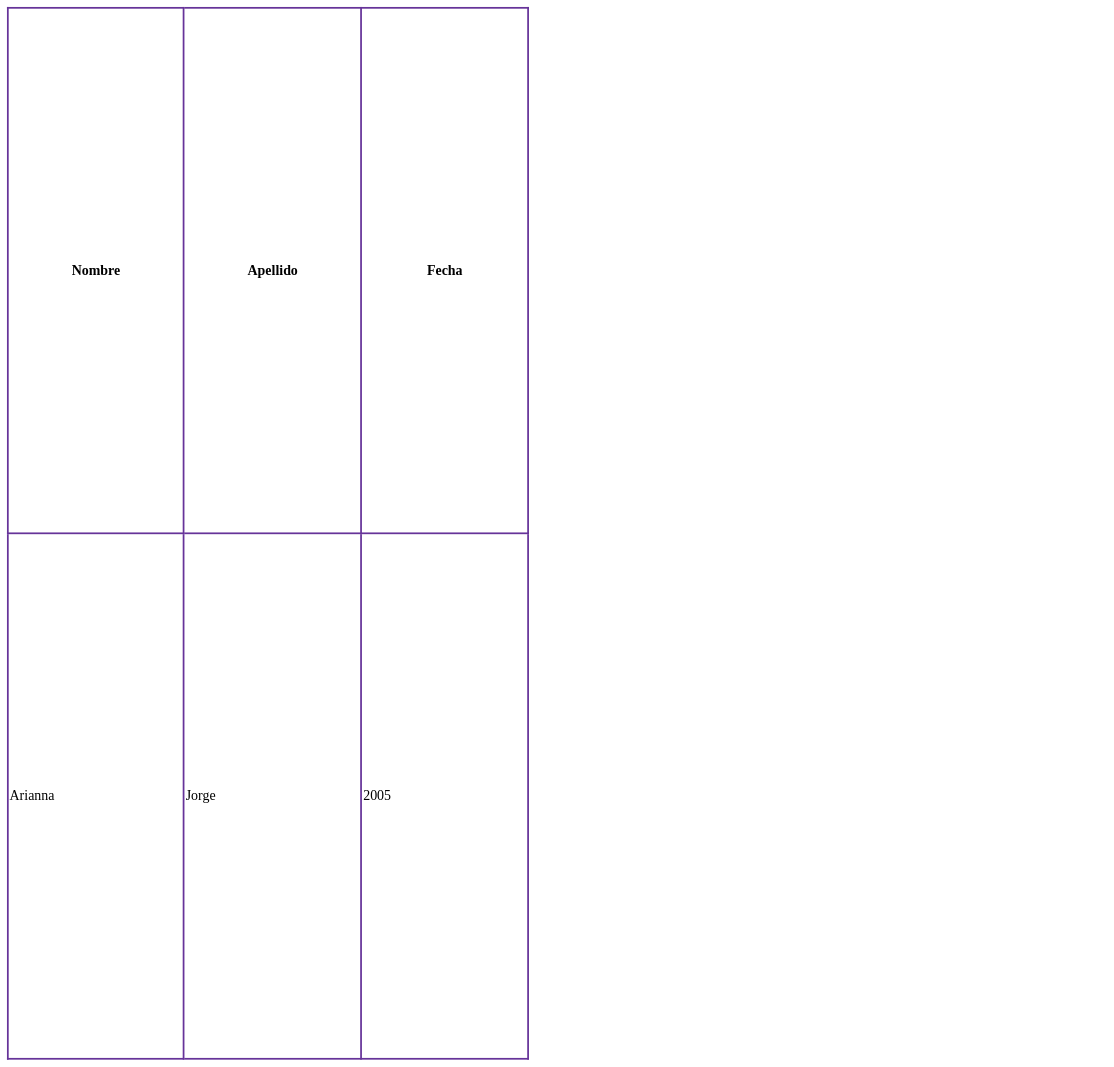
Repository: Arito05/Mi-primer-Repositorio
Page: dia2/intex3.html
These files come from the project's save history. The page is drawn as it stood at one moment and after the next save; the edit follows.
The browser window is 1280 px wide. The pictures show the whole page, at 87% of full size.

Above is the page before, as saved 2024-07-18 11:24:11.

### dia2/intex3.html
<!DOCTYPE html>
<html lang="en">
  <head>
    <meta charset="UTF-8" />
    <meta name="viewport" content="width=, initial-scale=1.0" />
    <title>Document</title>
    <style>
      table,
      th,
      td {
        border: 2px solid rebeccapurple;
        border-collapse: collapse;
        width: 600px;
        height: 600px;
      }
    </style>
  </head>
  <body>
    <table>
      <tr>
        <th>Nombre</th>
        <th>Apellido</th>
        <th>Fecha</th>
      </tr>
      <tr>
        <td>Arianna</td>
        <td>Jorge</td>
        <td>2005</td>
      </tr>
    </table>
  </body>
</html>

After the next save:
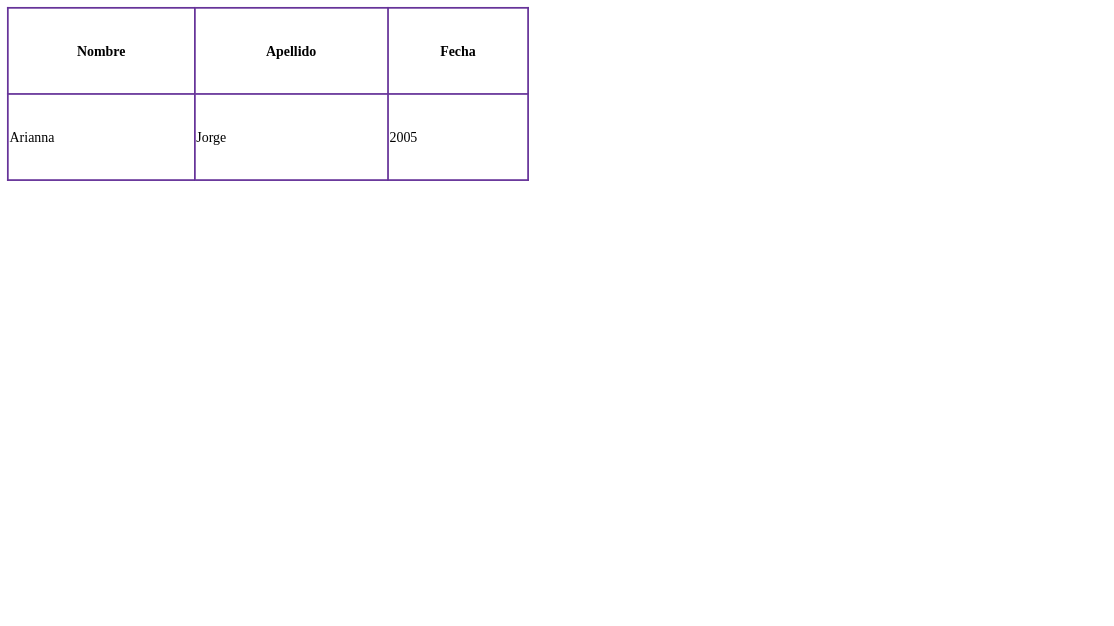
Saved 29 s later.
--- a/dia2/intex3.html
+++ b/dia2/intex3.html
@@ -10,13 +10,11 @@
       td {
         border: 2px solid rebeccapurple;
         border-collapse: collapse;
-        width: 600px;
-        height: 600px;
       }
     </style>
   </head>
   <body>
-    <table>
+    <table style="width: 600px; height: 200px">
       <tr>
         <th>Nombre</th>
         <th>Apellido</th>
